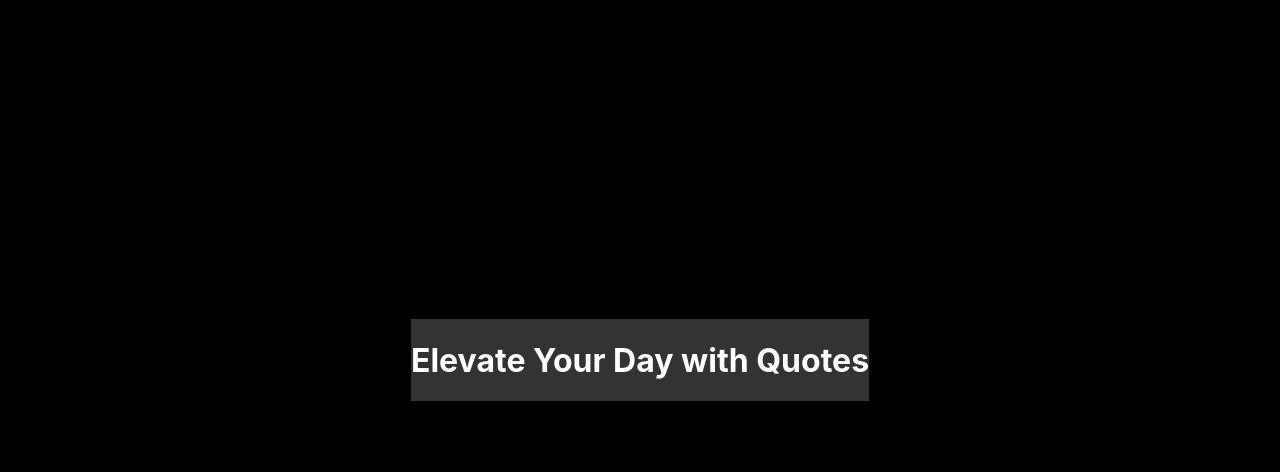
Repository: Bhavik-Sanghar/Quote-app
Page: /
An editor plug-in stored every save of this project. The page is shown before and after a run of saves, followed by the edit.
The browser window is 1280 px wide. The pictures show the whole page.
The page's requests for data from a server got no answer. The project was rebuilt for these pictures with package versions that can differ from the ones it lists, and the page was loaded fresh each time. No one was signed in, and anything a server would have sent is missing. Also part of the build but not shown: src/styles.css.

Above is the page before, as saved 2023-08-18 14:53:34.

### src/App.js
import React from 'react';
import './styles.css';
import QuoteComponent from './components/NewQuote'

function App() {
  return (
    <div className="App">

      <QuoteComponent/>


    </div>
  );
}

export default App;

### src/components/NewQuote.js
import React, { useEffect, useState } from "react";
import axios from "axios";
import './New.css'

const QuoteComponent = () => {
  const [quotes, setQuotes] = useState([]);
  const category = "inspirational";
  const apiKey = "EgtS4gqLsbjvHM2bBjKwBA==PYmsGLFQFXQzq0Na";

  useEffect(() => {
    fetchQuotes();
  }, []);

  const fetchQuotes = async () => {
    try {
      const response = await axios.get(
        `https://api.api-ninjas.com/v1/quotes?category=${category}&limit=`, // Fetching 5 quotes
        {
          headers: { "X-Api-Key": apiKey },
        }
      );
      console.log(response)
      setQuotes(response.data);
    } catch (error) {
      console.error("Error: ", error);
    }
  };

  return (
    <div className="quote-container">
      <div className="card-container">
      <h1>Elevate Your Day with Quotes</h1>
        {quotes.map((quote, index) => (
          <div key={index} className="card">
            <p className="quote-text">{quote.quote}</p>
            <p className="author">- {quote.author}</p>
          </div>
        ))}
      </div>
    </div>
  );
};

export default QuoteComponent;

### src/components/New.css
.quote-container{
  display: flex;
  justify-content: center;
  align-items: center;
  min-height: 100vh;
  background-color : black;
  color : white;
}

.card-container{
  background-color: hsla(0, 0%, 100%, 0.2)
}

Loaded but not shown: public/index.html (common file); src/index.js (common file); src/index.css (common file); src/reportWebVitals.js (common file)

After the next 2 saves:
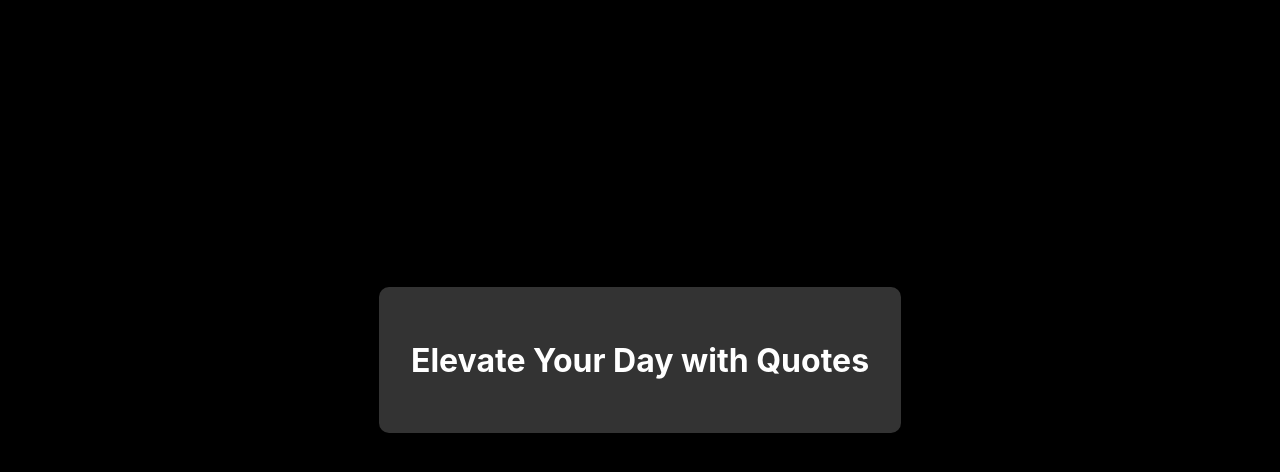
The 2 saves are shown as one change because 1 did not build or start.
The last was saved 36 s later.
--- a/src/components/New.css
+++ b/src/components/New.css
@@ -8,5 +8,8 @@
 }
 
 .card-container{
-  background-color: hsla(0, 0%, 100%, 0.2)
+  backdrop-filter: blur(5px);
+    background-color: hsla(0,0%,100%,.2);
+    border-radius: 10px;
+    padding: 2rem;
 }
